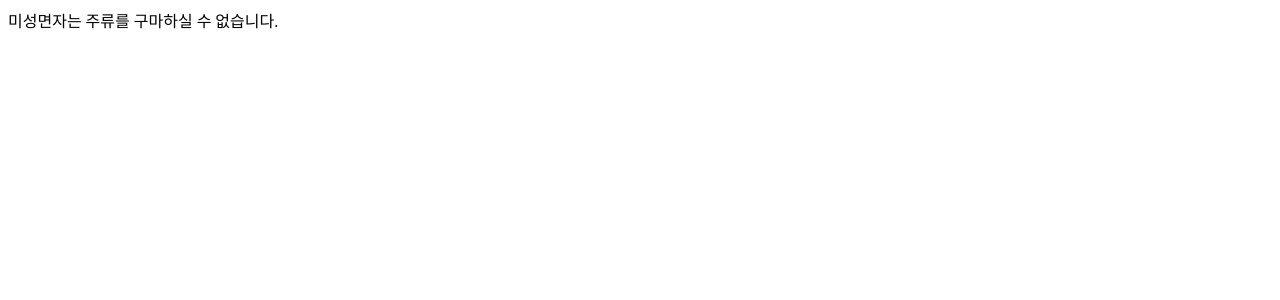
Repository: jjjjjjji-hun/jsp_practice
Page: http://localhost/JSPBasic/jspObject/2.response/res_child.jsp
These files come from the project's save history. The page is drawn as it stood at one moment and after the next save; the edit follows.
The browser window is 1280 px wide. The pictures show the whole page.
The page is served by Tomcat 9.

Above is the page before, as saved 2022-02-04 03:27:05.

After the next save:
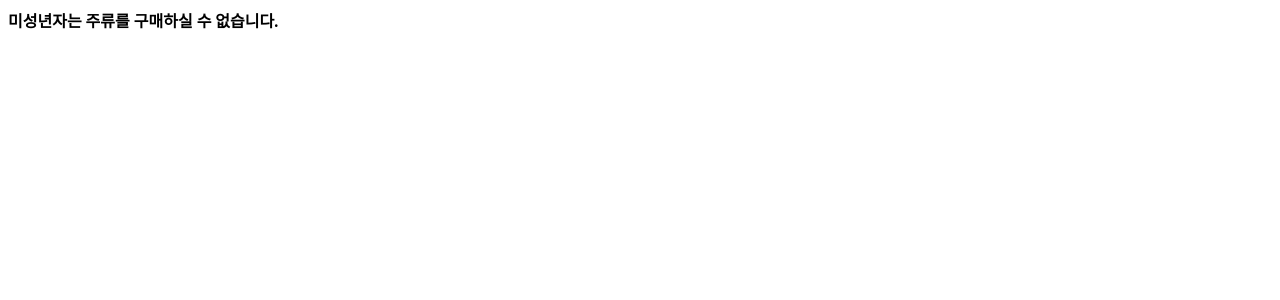
Saved 29 s later.
--- a/JSPBasic/src/main/webapp/jspObject/2.response/res_child.jsp
+++ b/JSPBasic/src/main/webapp/jspObject/2.response/res_child.jsp
@@ -7,6 +7,6 @@
 <title>Insert title here</title>
 </head>
 <body>
-미성면자는 주류를 구마하실 수 없습니다.
+<b>미성년자는 주류를 구매하실 수 없습니다.</b>
 </body>
 </html>
